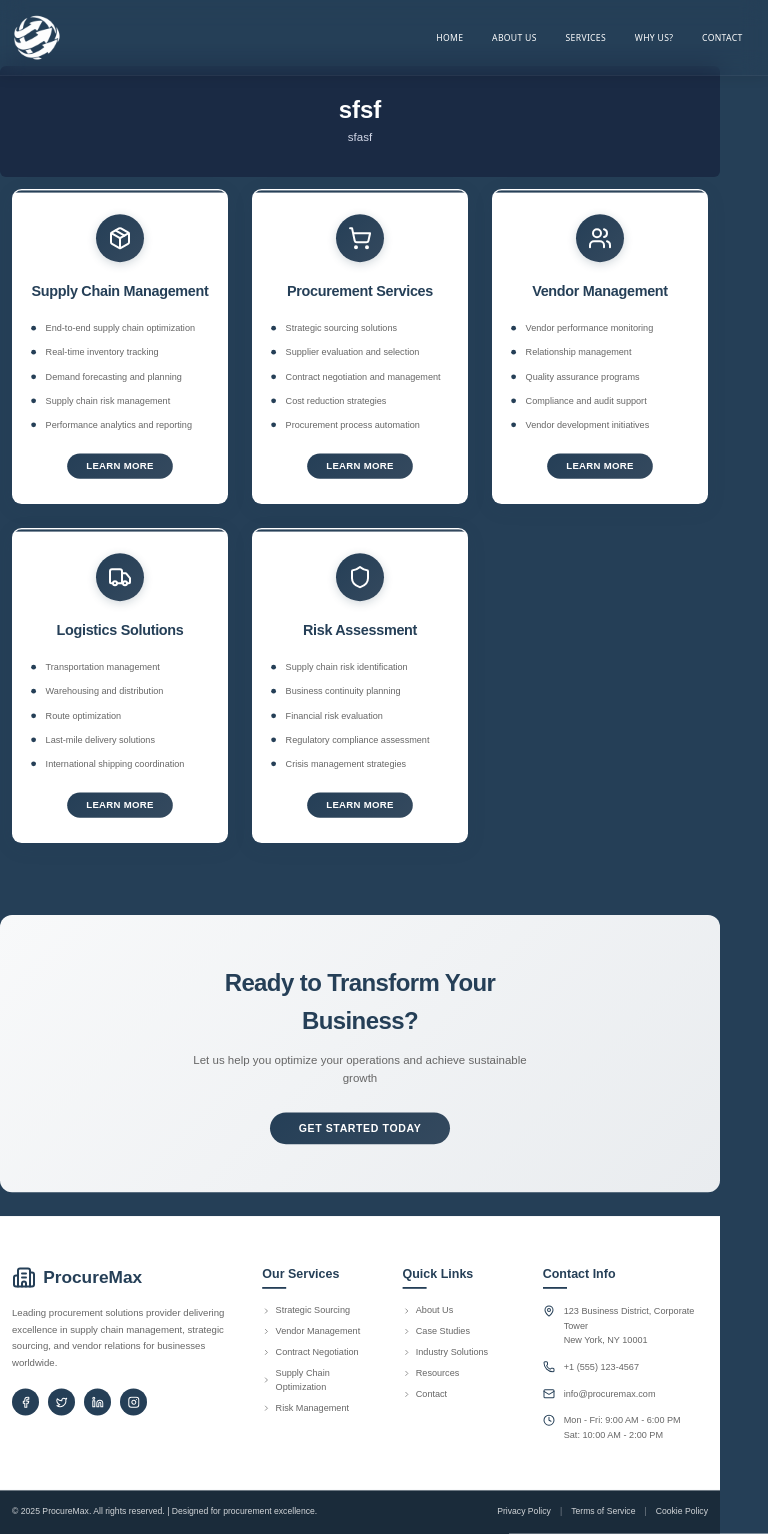
Repository: ferhadsultan98/primetradegroup
Page: /services
An editor plug-in stored every save of this project. The page is shown before and after a run of saves, followed by the edit.
The browser window is 1280 px wide. The pictures show the whole page, at 60% of full size.
The project was rebuilt for these pictures with package versions that can differ from the ones it lists, and the page was loaded fresh each time. Also part of the build but not shown: vite.config.js, src/Components/Mainlayout/MainLayout.scss, src/Pages/Home/HomeSection.scss, src/Pages/Home/HomeSection.jsx, src/Pages/About/About.scss, src/Pages/About/About.jsx, src/Pages/WhyUs/WhyUs.scss, src/Pages/WhyUs/WhyUs.jsx and 2 more.

Above is the page before, as saved 2025-06-22 00:54:23.

### src/App.jsx
import React from 'react';
import { BrowserRouter as Router } from 'react-router-dom';
import MainLayout from './Components/Mainlayout/Mainlayout';
import './App.css';
import AppRoutes from './Route';
import ScrollTopBtn from './Components/ScrollTopBtn/ScrollTopBtn';
import { useLocation } from 'react-router-dom';
import { useEffect } from 'react';


function ScrollToTop() {
  const { pathname } = useLocation();

  useEffect(() => {
    window.scrollTo(0, 0);
  }, [pathname]);

  return null;
}

const App = () => {
  return (
    <Router>
      <ScrollToTop />
      <MainLayout>
        <AppRoutes />
        <ScrollTopBtn />
      </MainLayout>
    </Router>
  );
};

export default App;

### src/Components/Mainlayout/Mainlayout.jsx
import React from 'react';
import Header from '../Common/Header/Header';
import Footer from '../Common/Footer/Footer';
import './MainLayout.scss'

const MainLayout = ({ children }) => {
  return (
    <div>
      <Header />
     <main className='mainLayout'>{children}</main>
      <Footer />
    </div>
  );
};

export default MainLayout;

### src/App.css
*{
    margin: 0;
    padding: 0;
    box-sizing: border-box;
}
body{
      background: linear-gradient(90deg, #253f57 0%, #253f57 100%);
}

### src/Route.jsx
import React from 'react';
import { Routes, Route } from 'react-router-dom';
import HomeSection from './Pages/Home/HomeSection';
import AboutUs from './Pages/About/About';
import Services from './Pages/Services/Services';
import WhyUs from './Pages/WhyUs/WhyUs';
import ContactSection from './Pages/Contact/Contact';



// import SupplyChainManagement from './Pages/Services/SupplyChainManagement';
// import ProcurementServices from './Pages/Services/ProcurementServices';
// import VendorManagement from './Pages/Services/VendorManagement';
// import LogisticsSolutions from './Pages/Services/LogisticsSolutions';
// import RiskAssessment from './Pages/Services/RiskAssessment';

const AppRoutes = () => {
  return (
    <Routes>
      <Route path="/" element={<HomeSection />} />
      <Route path="/about" element={<AboutUs />} />

      <Route path="/services" element={<Services />} />
      {/* <Route path="/services/supply-chain-management" element={<SupplyChainManagement />} /> */}
      {/* <Route path="/services/procurement-services" element={<ProcurementServices />} /> */}
      {/* <Route path="/services/vendor-management" element={<VendorManagement />} /> */}
      {/* <Route path="/services/logistics-solutions" element={<LogisticsSolutions />} /> */}
      {/* <Route path="/services/risk-assessment" element={<RiskAssessment />} /> */}
      <Route path="/why-us" element={<WhyUs />} />
      <Route path="/contact" element={<ContactSection />} />
    </Routes>
  );
};

export default AppRoutes;

### src/Components/ScrollTopBtn/ScrollTopBtn.jsx
import React, { useState, useEffect } from 'react';
import { FaArrowUp } from 'react-icons/fa';
import './ScrollTopBtn.scss';

const ScrollTopBtn = () => {
  const [isVisible, setIsVisible] = useState(false);

  // Show button when page is scrolled down
  useEffect(() => {
    const toggleVisibility = () => {
      if (window.pageYOffset > 300) {
        setIsVisible(true);
      } else {
        setIsVisible(false);
      }
    };

    window.addEventListener('scroll', toggleVisibility);
    return () => window.removeEventListener('scroll', toggleVisibility);
  }, []);

  // Scroll to top smoothly
  const scrollToTop = () => {
    window.scrollTo({
      top: 0,
      behavior: 'smooth',
    });
  };

  return (
    <div className={`scroll-to-top ${isVisible ? 'visible' : ''}`}>
      <button onClick={scrollToTop} aria-label="Scroll to top">
        <FaArrowUp />
      </button>
    </div>
  );
};

export default ScrollTopBtn;

### src/Components/Common/Header/Header.jsx
import React, { useState, useEffect } from "react";
import { Link, useLocation } from "react-router-dom";
import { Squash as Hamburger } from "hamburger-react";
import "./Header.scss";
import Logo from "../../../../public/assets/fullwhitelogo.png";

const Header = () => {
  const [isMenuOpen, setIsMenuOpen] = useState(false);
  const [isMobile, setIsMobile] = useState(false);
  const [isScrolled, setIsScrolled] = useState(false);
  const location = useLocation();

  const isHomePage = location.pathname === "/home" || location.pathname === "/";

  useEffect(() => {
    const checkScreenSize = () => {
      setIsMobile(window.innerWidth <= 768);
      if (window.innerWidth > 768) {
        setIsMenuOpen(false);
      }
    };

    const handleScroll = () => {
      setIsScrolled(window.scrollY > 50);
    };

    checkScreenSize();
    window.addEventListener("resize", checkScreenSize);
    window.addEventListener("scroll", handleScroll);

    return () => {
      window.removeEventListener("resize", checkScreenSize);
      window.removeEventListener("scroll", handleScroll);
    };
  }, []);

  const toggleMenu = () => {
    setIsMenuOpen(!isMenuOpen);
  };

  const closeMenu = () => {
    setIsMenuOpen(false);
  };

  return (
    <header
      className={`headerContainer ${isScrolled ? "scrolled" : ""}`}
    >
      <div className="headerContent">
        <Link to="/" className="logo" onClick={closeMenu}>
          <img src={Logo} alt="Logo" />
        </Link>

        <nav className="desktopNav">
          <ul className="navList">
            <li className="navItem">
              <Link to="/" className="navLink" onClick={closeMenu}>
                Home
              </Link>
            </li>
            <li className="navItem">
              <Link to="/about" className="navLink" onClick={closeMenu}>
                About Us
              </Link>
            </li>
            <li className="navItem">
              <Link to="/services" className="navLink" onClick={closeMenu}>
                Services
              </Link>
            </li>
            <li className="navItem">
              <Link to="/why-us" className="navLink" onClick={closeMenu}>
                Why Us?
              </Link>
            </li>
            <li className="navItem">
              <Link to="/contact" className="navLink" onClick={closeMenu}>
                Contact
              </Link>
            </li>
          </ul>
        </nav>

        <div className="mobileMenuToggle">
          <Hamburger
            toggled={isMenuOpen}
            toggle={toggleMenu}
            size={24}
            color="white"
            duration={0.3}
          />
        </div>
      </div>

      <div className={`mobileNav ${isMenuOpen ? "mobileNavOpen" : ""}`}>
        <nav className="mobileNavContent">
          <ul className="mobileNavList">
            <li className="mobileNavItem">
              <Link to="/home" className="mobileNavLink" onClick={closeMenu}>
                Home
              </Link>
            </li>
            <li className="mobileNavItem">
              <Link to="/about" className="mobileNavLink" onClick={closeMenu}>
                About Us
              </Link>
            </li>
            <li className="mobileNavItem">
              <Link to="/services" className="mobileNavLink" onClick={closeMenu}>
                Services
              </Link>
            </li>
            <li className="mobileNavItem">
              <Link to="/why-us" className="mobileNavLink" onClick={closeMenu}>
                Why Us?
              </Link>
            </li>
            <li className="mobileNavItem">
              <Link to="/contact" className="mobileNavLink" onClick={closeMenu}>
                Contact
              </Link>
            </li>
          </ul>
        </nav>
      </div>
    </header>
  );
};

export default Header;

### src/Pages/Services/Services.jsx
import React from 'react';
import {
  Package,
  ShoppingCart,
  Users,
  Truck,
  Shield
} from 'lucide-react';
import './Services.scss';
import SectionHeader from '../../Components/SectionHeader/SectionHeader';

const Services = () => {
  const servicesData = [
    {
      title: 'Supply Chain Management',
      icon: Package,
      features: [
        'End-to-end supply chain optimization',
        'Real-time inventory tracking',
        'Demand forecasting and planning',
        'Supply chain risk management',
        'Performance analytics and reporting'
      ]
    },
    {
      title: 'Procurement Services',
      icon: ShoppingCart,
      features: [
        'Strategic sourcing solutions',
        'Supplier evaluation and selection',
        'Contract negotiation and management',
        'Cost reduction strategies',
        'Procurement process automation'
      ]
    },
    {
      title: 'Vendor Management',
      icon: Users,
      features: [
        'Vendor performance monitoring',
        'Relationship management',
        'Quality assurance programs',
        'Compliance and audit support',
        'Vendor development initiatives'
      ]
    },
    {
      title: 'Logistics Solutions',
      icon: Truck,
      features: [
        'Transportation management',
        'Warehousing and distribution',
        'Route optimization',
        'Last-mile delivery solutions',
        'International shipping coordination'
      ]
    },
    {
      title: 'Risk Assessment',
      icon: Shield,
      features: [
        'Supply chain risk identification',
        'Business continuity planning',
        'Financial risk evaluation',
        'Regulatory compliance assessment',
        'Crisis management strategies'
      ]
    }
  ];

  return (
    <div className="servicesContainer">
      <div className="containerWrapper">
    <SectionHeader title="sfsf" subtitle="sfasf"/>

        <div className="servicesSection">
          <div className="servicesGrid">
            {servicesData.map((service, index) => {
              const IconComponent = service.icon;
              return (
                <div key={index} className="serviceCard">
                  <div className="serviceIconWrapper">
                    <IconComponent className="serviceIcon" />
                  </div>
                  <h3 className="serviceTitle">{service.title}</h3>
                  <div className="serviceFeatures">
                    {service.features.map((feature, featureIndex) => (
                      <div key={featureIndex} className="featureItem">
                        <div className="featureBullet"></div>
                        <span className="featureText">{feature}</span>
                      </div>
                    ))}
                  </div>
                  <button className="serviceButton">Learn More</button>
                </div>
              );
            })}
          </div>
        </div>

        <div className="ctaSection">
          <div className="ctaContent">
            <h2 className="ctaTitle">Ready to Transform Your Business?</h2>
            <p className="ctaText">
              Let us help you optimize your operations and achieve sustainable growth
            </p>
            <button className="ctaButton">Get Started Today</button>
          </div>
        </div>
      </div>
    </div>
  );
};

export default Services;

### src/Components/ScrollTopBtn/ScrollTopBtn.scss
.scroll-to-top {
  position: fixed;
  bottom: 20px;
  right: 20px;
  opacity: 0;
  visibility: hidden;
  transition: all 0.3s ease-in-out;
  z-index: 1000;

  &.visible {
    opacity: 1;
    visibility: visible;
  }

  button {
    background-color: #007bff;
    color: white;
    border: none;
    border-radius: 50%;
    width: 50px;
    height: 50px;
    cursor: pointer;
    display: flex;
    align-items: center;
    justify-content: center;
    box-shadow: 0 2px 5px rgba(0, 0, 0, 0.2);
    transition: background-color 0.3s ease, transform 0.3s ease;

    svg {
      font-size: 20px; /* Adjust icon size */
    }

    &:hover {
      background-color: #0056b3;
      transform: scale(1.1);
    }

    &:focus {
      outline: none;
      box-shadow: 0 0 0 3px rgba(0, 123, 255, 0.3);
    }
  }
}

### src/Components/Common/Footer/Footer.scss
.footer {
  font-family: "Arial", sans-serif;
  color: #333;
  background: #f8f9fa;

  .footerContainer {
    .containerWrapper {
      max-width: 1200px;
      margin: 0 auto;
      padding: 0 20px;
    }
  }

  .footerMain {
    background: white;
    padding: 80px 0 60px;
    border-bottom: 1px solid rgba(37, 63, 87, 0.1);

    .footerGrid {
      display: grid;
      grid-template-columns: 2fr 1fr 1fr 1.5fr;
      gap: 50px;

      .footerSection {
        &.companySection {
          .companyLogo {
            display: flex;
            align-items: center;
            margin-bottom: 25px;

            .logoIcon {
              width: 40px;
              height: 40px;
              color: #253f57;
              margin-right: 12px;
            }

            .companyName {
              font-size: 1.8rem;
              color: #253f57;
              font-weight: 700;
              margin: 0;
            }
          }

          .companyDescription {
            color: #666;
            line-height: 1.7;
            margin-bottom: 30px;
            font-size: 1rem;
          }

          .socialLinks {
            display: flex;
            gap: 15px;

            .socialLink {
              width: 45px;
              height: 45px;
              background: #253f57;
              color: white;
              border-radius: 50%;
              display: flex;
              align-items: center;
              justify-content: center;
              text-decoration: none;
              transition: all 0.3s ease;

              &:hover {
                background: #1a2b3a;
                transform: translateY(-2px);
              }

              .socialIcon {
                width: 20px;
                height: 20px;
              }
            }
          }
        }

        .sectionTitle {
          font-size: 1.3rem;
          color: #253f57;
          font-weight: 600;
          margin-bottom: 25px;
          position: relative;
          padding-bottom: 10px;

          &::after {
            content: "";
            position: absolute;
            bottom: 0;
            left: 0;
            width: 40px;
            height: 3px;
            background: #253f57;
          }
        }

        .linkList {
          list-style: none;
          padding: 0;
          margin: 0;

          li {
            margin-bottom: 12px;

            .footerLink {
              color: #666;
              text-decoration: none;
              display: flex;
              align-items: center;
              transition: all 0.3s ease;
              font-size: 0.95rem;

              &:hover {
                color: #253f57;
                padding-left: 5px;
              }

              .linkIcon {
                width: 14px;
                height: 14px;
                margin-right: 8px;
                flex-shrink: 0;
              }
            }
          }
        }

        .contactList {
          .contactItem {
            display: flex;
            align-items: flex-start;
            margin-bottom: 20px;

            .contactIcon {
              width: 20px;
              height: 20px;
              color: #253f57;
              margin-right: 15px;
              margin-top: 2px;
              flex-shrink: 0;
            }

            .contactDetails {
              .contactText {
                color: #666;
                line-height: 1.6;
                font-size: 0.95rem;
              }
            }
          }
        }
      }
    }
  }

  .footerBottom {
    background: #1a2b3a;
    padding: 25px 0;

    .bottomContent {
      display: flex;
      justify-content: space-between;
      align-items: center;
      color: rgba(255, 255, 255, 0.8);
      font-size: 0.9rem;

      .copyrightText {
        line-height: 1.5;
      }

      .legalLinks {
        display: flex;
        align-items: center;
        gap: 15px;

        .legalLink {
          color: rgba(255, 255, 255, 0.8);
          text-decoration: none;
          transition: color 0.3s ease;

          &:hover {
            color: white;
          }
        }

        .separator {
          color: rgba(255, 255, 255, 0.4);
        }
      }
    }
  }

  @media (max-width: 1024px) {
    .footerMain {
      .footerGrid {
        grid-template-columns: 1fr 1fr;
        gap: 40px;
      }
    }
  }

  @media (max-width: 768px) {
    .footerMain {
      padding: 60px 0 40px;

      .footerGrid {
        grid-template-columns: 1fr;
        gap: 40px;
      }
    }

    .footerBottom {
      .bottomContent {
        flex-direction: column;
        gap: 15px;
        text-align: center;

        .legalLinks {
          flex-wrap: wrap;
          justify-content: center;
        }
      }
    }
  }

  @media (max-width: 480px) {
    .footerContainer {
      .containerWrapper {
        padding: 0 15px;
      }
    }

    .footerMain {
      padding: 40px 0 30px;

      .footerGrid {
        gap: 30px;

        .footerSection {
          &.companySection {
            .companyLogo {
              .companyName {
                font-size: 1.5rem;
              }
            }

            .socialLinks {
              justify-content: center;

              .socialLink {
                width: 40px;
                height: 40px;

                .socialIcon {
                  width: 18px;
                  height: 18px;
                }
              }
            }
          }

          .sectionTitle {
            font-size: 1.2rem;
            text-align: center;

            &::after {
              left: 50%;
              transform: translateX(-50%);
            }
          }

          .linkList {
            text-align: center;

            li {
              .footerLink {
                justify-content: center;
              }
            }
          }

          .contactList {
            .contactItem {
              justify-content: center;
              text-align: left;
            }
          }
        }
      }
    }

    .footerBottom {
      padding: 20px 0;

      .bottomContent {
        .legalLinks {
          gap: 10px;
          font-size: 0.85rem;
        }
      }
    }
  }
}

### src/Components/SectionHeader/SectionHeader.jsx
import React from 'react';
import './SectionHeader.scss';

const SectionHeader = ({ title, subtitle }) => {
  return (
    <header className="sectionHeader">
      <h1>{title}</h1>
      <p>{subtitle}</p>
    </header>
  );
};

export default SectionHeader;

### src/Components/SectionHeader/SectionHeader.scss
.sectionHeader {
  background-color: #1a2a44;
  padding: 50px;
  margin-top: 110px;
  border-radius: 10px;
  text-align: center;

  h1 {
    color: #fff;
    margin: 0;
    font-size: 2.5em;
  }

  p {
    color: #d3d8e8;
    margin: 10px 0 0;
    font-size: 1.2em;
  }
}

Loaded but not shown: index.html (common file); src/main.jsx (common file); src/index.css (common file); src/Components/Common/Footer/Footer.jsx (190 lines, source omitted); src/Pages/Services/Services.scss (314 lines, source omitted); src/Components/Common/Header/Header.scss (304 lines, source omitted)

After the next 2 saves:
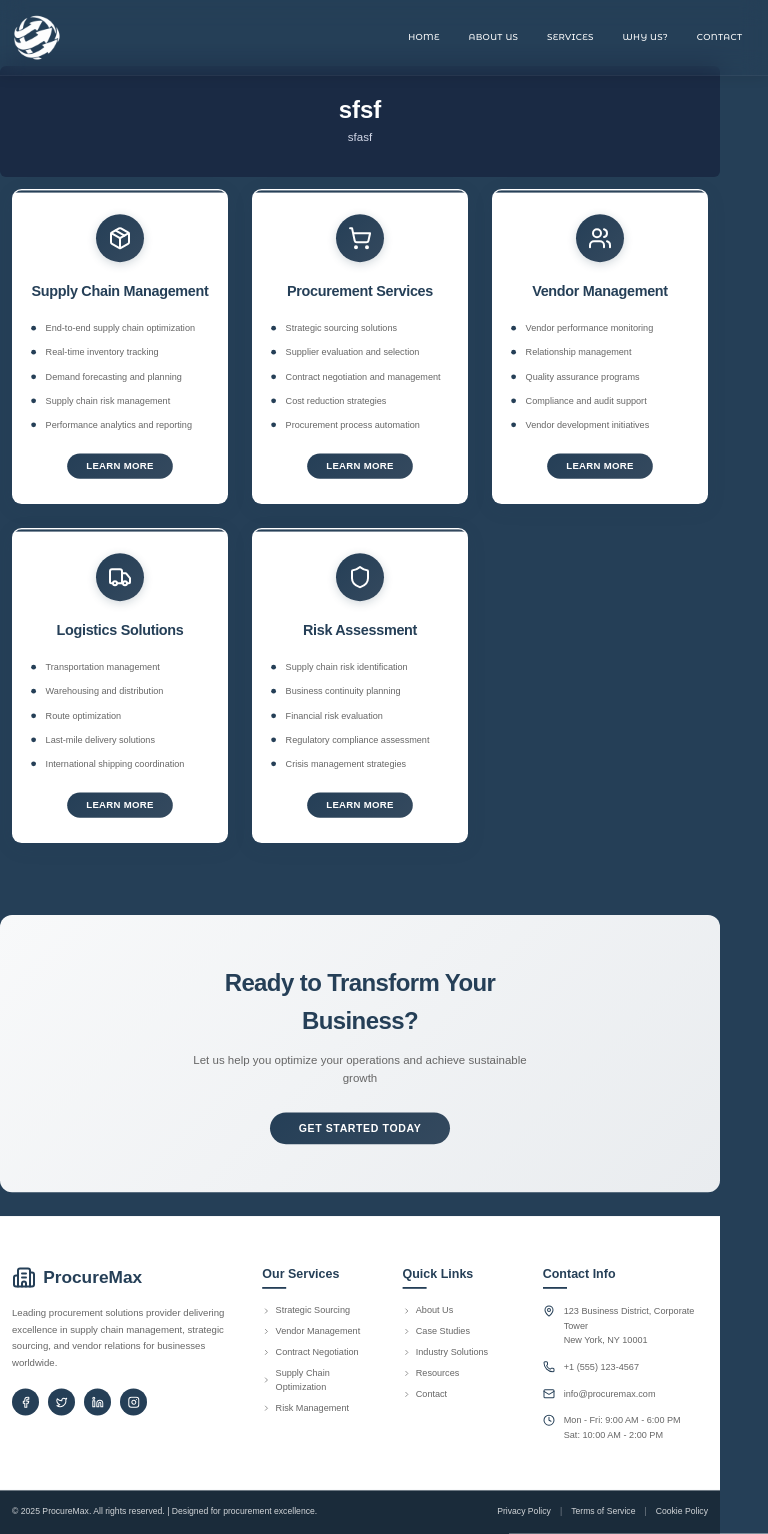
The 2 saves are shown as one change because they came seconds apart.
The last was saved 3 min 6 s later.
--- a/src/App.css
+++ b/src/App.css
@@ -1,3 +1,10 @@
+@import url('https://fonts.googleapis.com/css2?family=Montserrat+Alternates:ital,wght@0,100;0,200;0,300;0,400;0,500;0,600;0,700;0,800;0,900;1,100;1,200;1,300;1,400;1,500;1,600;1,700;1,800;1,900&family=Quicksand:wght@300..700&display=swap');
+
+body {
+  font-family: 'Montserrat Alternates', 'Quicksand', sans-serif;
+  margin: 0;
+  padding: 0;
+}
 *{
     margin: 0;
     padding: 0;
